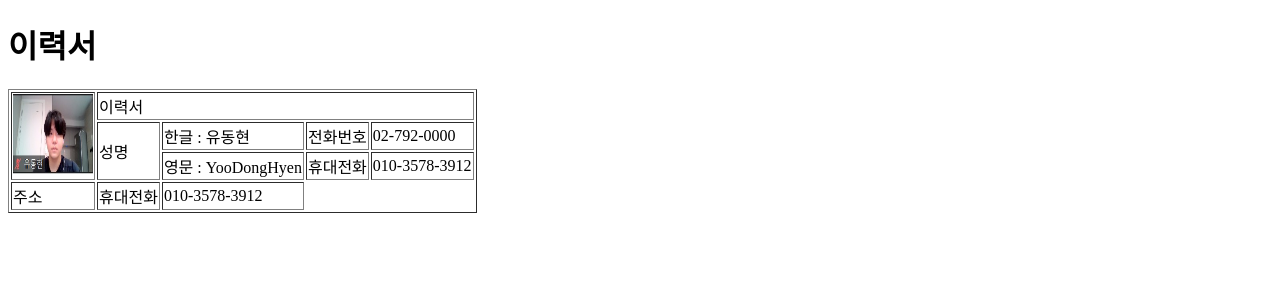
Repository: DongHyenYoo/DongHyen
Page: JdbcStudy/HTMLTEST/WebContent/resume.html
An editor plug-in stored every save of this project. The page is shown before and after the next save, followed by the edit.
The browser window is 1280 px wide. The pictures show the whole page.

Above is the page before, as saved 2022-09-23 08:13:55.

After the next save:
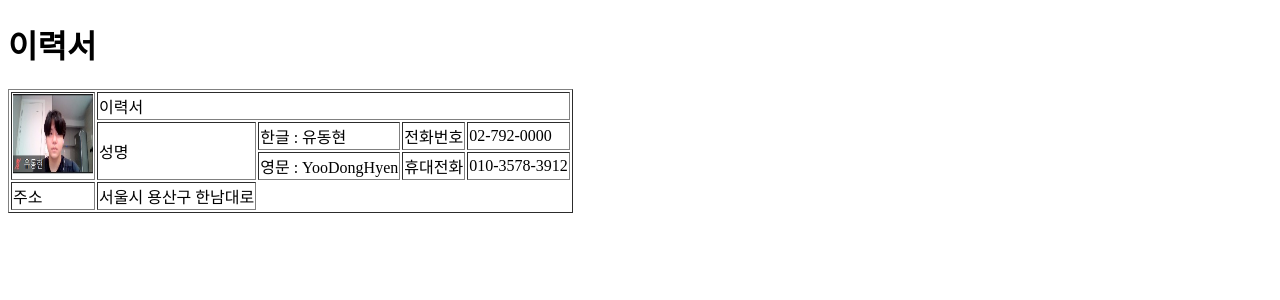
Saved 10 s later.
--- a/JdbcStudy/HTMLTEST/WebContent/resume.html
+++ b/JdbcStudy/HTMLTEST/WebContent/resume.html
@@ -20,7 +20,7 @@
 </tr>
 
 <tr>
- <td>주소</td> <td>휴대전화</td> <td>010-3578-3912</td>
+ <td>주소</td> <td>서울시 용산구 한남대로</td>
 </tr>
 
 </table>
